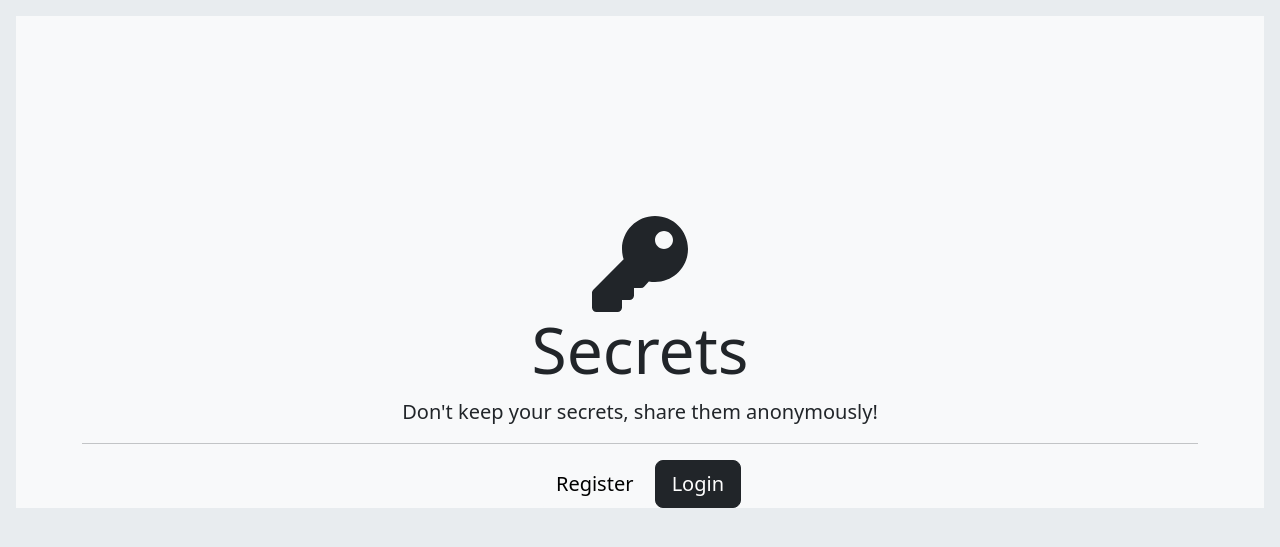
Repository: hritik1204/authentication
Page: http://localhost/
These files come from the project's save history. The page is drawn as it stood at one moment and after the next save; the edit follows.
The browser window is 1280 px wide. The pictures show the whole page.
The page is served by the project's Node server (app.js).

Above is the page before, as saved 2022-07-07 17:07:19.

### views/home.ejs
<%- include('partials/header') %>


    <div class="bg-light  rounded-lg m-3 centered">
        <div class="container">
            <i class="fas fa-key fa-6x"></i>
            <h1 class="display-3">Secrets</h1>
            <p class="lead">Don't keep your secrets, share them anonymously!</p>
            <hr>
            <a class="btn btn-light btn-lg" href="/register" role="button">Register</a>
            <a class="btn btn-dark btn-lg" href="/login" role="button">Login</a>

        </div>
    </div>

    <%- include('partials/footer') %>

### views/partials/header.ejs
<!DOCTYPE html>
<html lang="en" dir="ltr">

<head>
    <meta charset="utf-8">
    <title>Secrets</title>
    <script defer src="https://use.fontawesome.com/releases/v5.15.4/js/all.js" integrity="sha384-rOA1PnstxnOBLzCLMcre8ybwbTmemjzdNlILg8O7z1lUkLXozs4DHonlDtnE7fpc" crossorigin="anonymous"></script>
    <!-- CSS only -->
    <link href="https://cdn.jsdelivr.net/npm/bootstrap@5.2.0-beta1/dist/css/bootstrap.min.css" rel="stylesheet" integrity="sha384-0evHe/X+R7YkIZDRvuzKMRqM+OrBnVFBL6DOitfPri4tjfHxaWutUpFmBp4vmVor" crossorigin="anonymous">

    <link rel="stylesheet" href="css/styles.css">
</head>

<body>

### app.js
import express from "express";
import ejs from "ejs";

import { fileURLToPath } from 'url';
import { dirname } from 'path';
import { response } from "express";


main().catch(err => console.log(err));
async function main() {

    const app = express();
    app.use(express.urlencoded({ extended: true }));
    app.use(express.static("public"));
    app.set('view engine', 'ejs');

    const __filename = fileURLToPath(
        import.meta.url);

    const __dirname = dirname(__filename);

    app.get("/", (req, res) => res.render("home"));
    app.get("/login", (req, res) => res.render("login"));
    app.get("/register", (req, res) => res.render("register"));

















    app.listen(3000, () => console.log("Server started on port 3000"));
}

Loaded but not shown: views/partials/footer.ejs (common file); public/css/styles.css (common file)

After the next save:
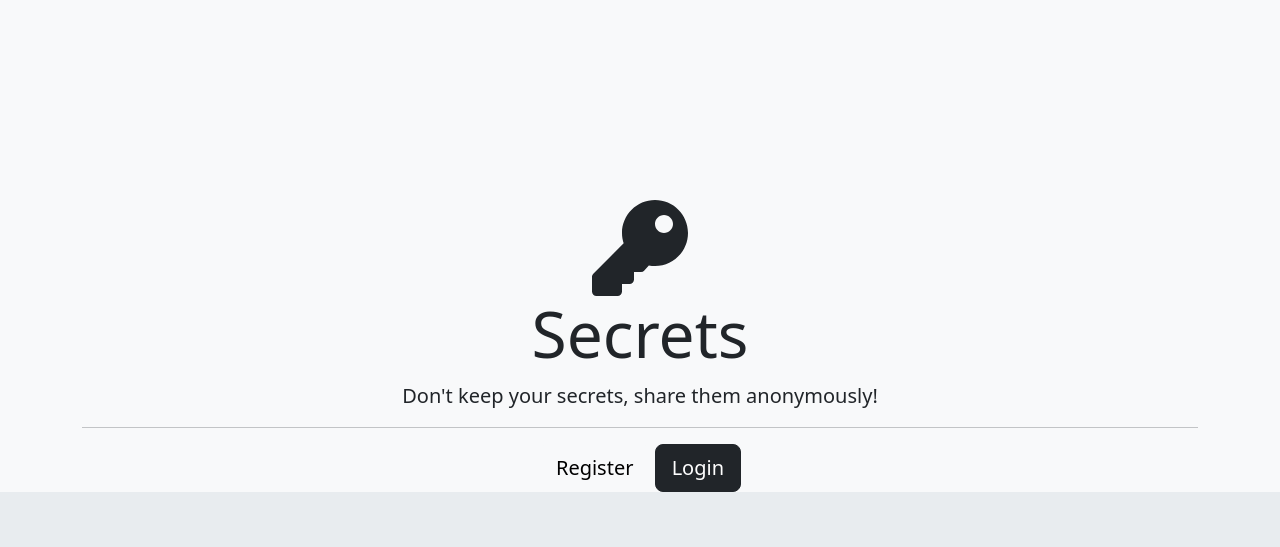
Saved 14 s later.
--- a/views/home.ejs
+++ b/views/home.ejs
@@ -1,7 +1,7 @@
 <%- include('partials/header') %>
 
 
-    <div class="bg-light  rounded-lg m-3 centered">
+    <div class="bg-light  rounded-lg  centered">
         <div class="container">
             <i class="fas fa-key fa-6x"></i>
             <h1 class="display-3">Secrets</h1>

After the save that followed:
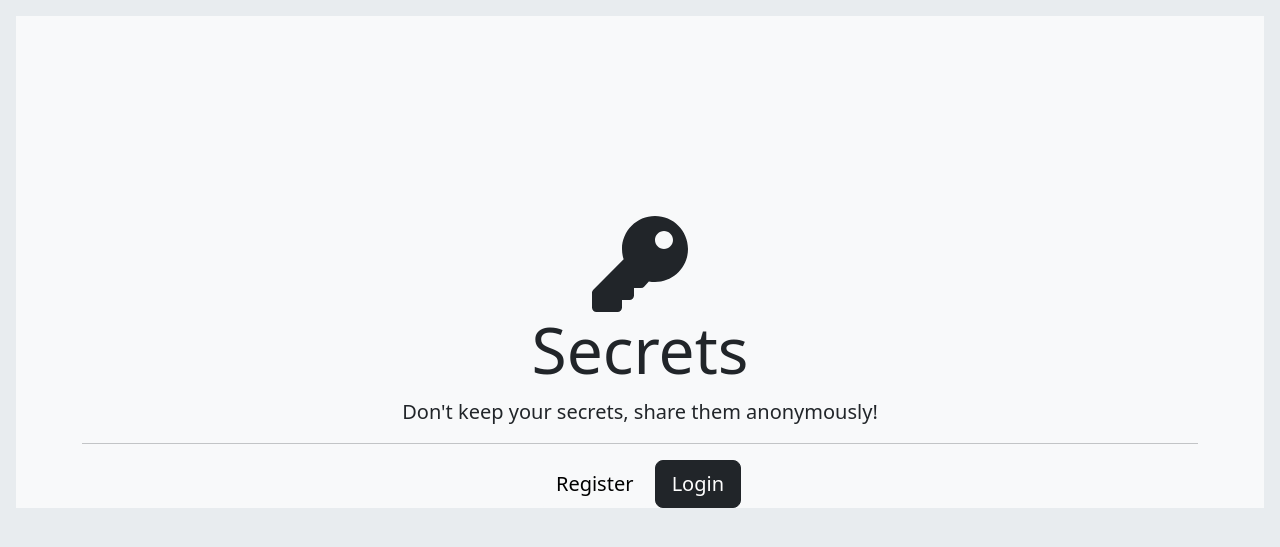
Saved 13 s later.
--- a/views/home.ejs
+++ b/views/home.ejs
@@ -1,7 +1,7 @@
 <%- include('partials/header') %>
 
 
-    <div class="bg-light  rounded-lg  centered">
+    <div class="bg-light  rounded-lg m-3 centered">
         <div class="container">
             <i class="fas fa-key fa-6x"></i>
             <h1 class="display-3">Secrets</h1>
